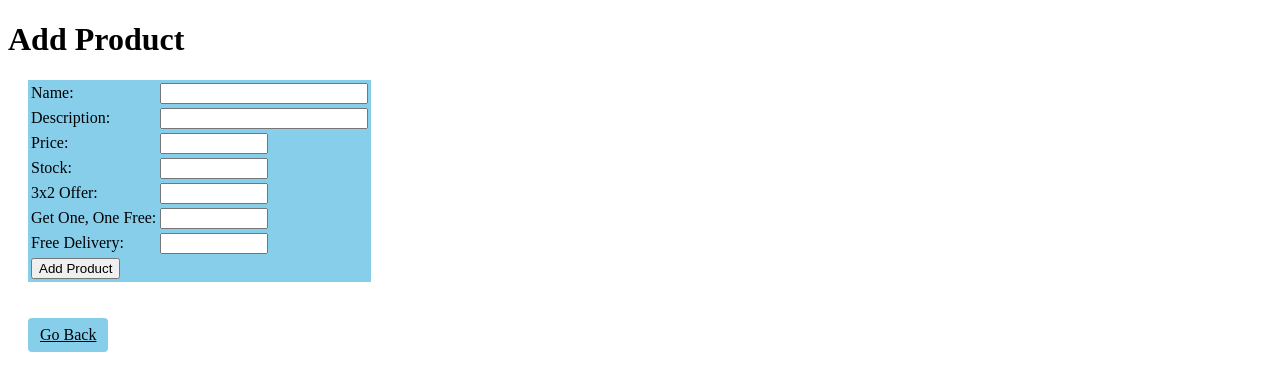
Repository: ieuqirne/Software_Architecture
Page: http://localhost/DE_Store/AddProduct.jsp
An editor plug-in stored every save of this project. The page is shown before and after the next save, followed by the edit.
The browser window is 1280 px wide. The pictures show the whole page.
The page is served by Tomcat 9. Other server files are loaded and not shown.

Above is the page before, as saved 2019-11-25 19:41:59.

### DE_Store/WebContent/AddProduct.jsp

<!DOCTYPE html>
<html>
<head>
<link href="StyleSheet.css" rel="stylesheet">
<meta charset="ISO-8859-1">
<title>Add Customer</title>
</head>
<body>
	<h1>Add Product</h1>
	<form action=ManagerAddProduct.jsp method="post">
		<table class="table">
			<tr>
				<td>Name: </td>
				<td><input type="text" name="name" style="width: 200px"></td>
			</tr>
			<tr>
				<td>Description: </td>
				<td><input type="text" name="description" style="width: 200px"></td>
			</tr>
			<tr>
				<td>Price: </td>
				<td><input type="text" name="price" style="width: 100px"></td>
			</tr>
			<tr>
				<td>Stock: </td>
				<td><input type="text" name="stock" style="width: 100px"></td>
			</tr>
			<tr>
				<td>3x2 Offer: </td>
				<td><input type="text" name="threetwo" style="width: 100px"></td>
			</tr>
			<tr>
				<td>Get One, One Free:</td>
				<td><input type="text" name="oneone" style="width: 100px"></td>
			</tr>
			<tr>
				<td>Free Delivery:</td>
				<td><input type="text" name="freeDelivery" style="width: 100px"></td>

			<tr>
				<td><input type="submit" value="Add Product"></td>
			</tr>
		</table>
	</form>
	<div style="margin-left:20px;" class="buttons-container" >
		<br> <br>
		<a class="button" href="/DE_Store/welcome.jsp">Go Back</a>
	</div>
	<!--  Complete Interface addCustomer. -->
</body>
</html>

### DE_Store/WebContent/StyleSheet.css
.button {
  display: inline-block;
    padding: 8px 12px;
    cursor: pointer;
    border-radius: 4px;
    background-color: skyblue;
    font-size: 16px;
    color: black;
}

.table{
	background-color: skyblue;
	margin-left: 20px;
	margin-left: 20px;
	border=1
}

After the next save:
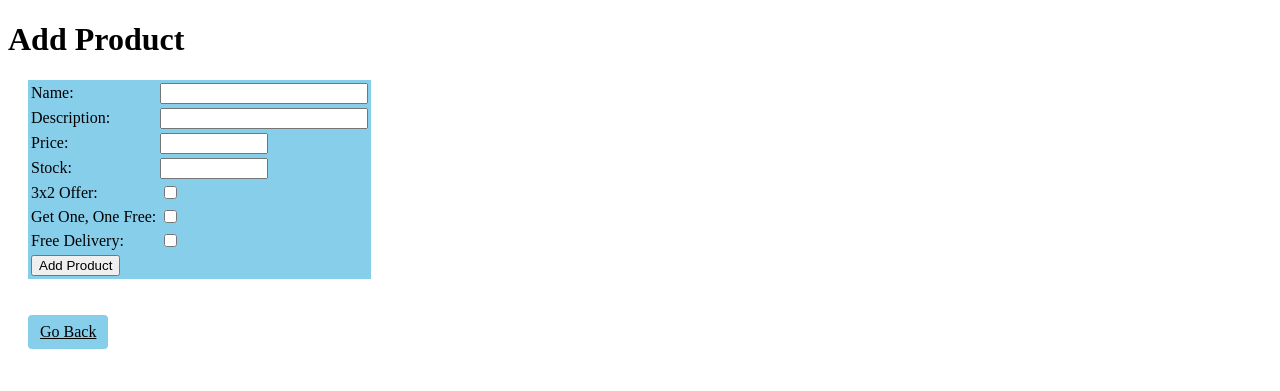
Saved 87 s later.
--- a/DE_Store/WebContent/AddProduct.jsp
+++ b/DE_Store/WebContent/AddProduct.jsp
@@ -28,15 +28,15 @@
 			</tr>
 			<tr>
 				<td>3x2 Offer: </td>
-				<td><input type="text" name="threetwo" style="width: 100px"></td>
+				<td><input type="checkbox" name="threetwo" value="1"></td>
 			</tr>
 			<tr>
 				<td>Get One, One Free:</td>
-				<td><input type="text" name="oneone" style="width: 100px"></td>
+				<td><input type="checkbox" name="oneone" value="1"></td>
 			</tr>
 			<tr>
 				<td>Free Delivery:</td>
-				<td><input type="text" name="freeDelivery" style="width: 100px"></td>
+				<td><input type="checkbox" name="freeDelivery" value="1"></td>
 
 			<tr>
 				<td><input type="submit" value="Add Product"></td>
